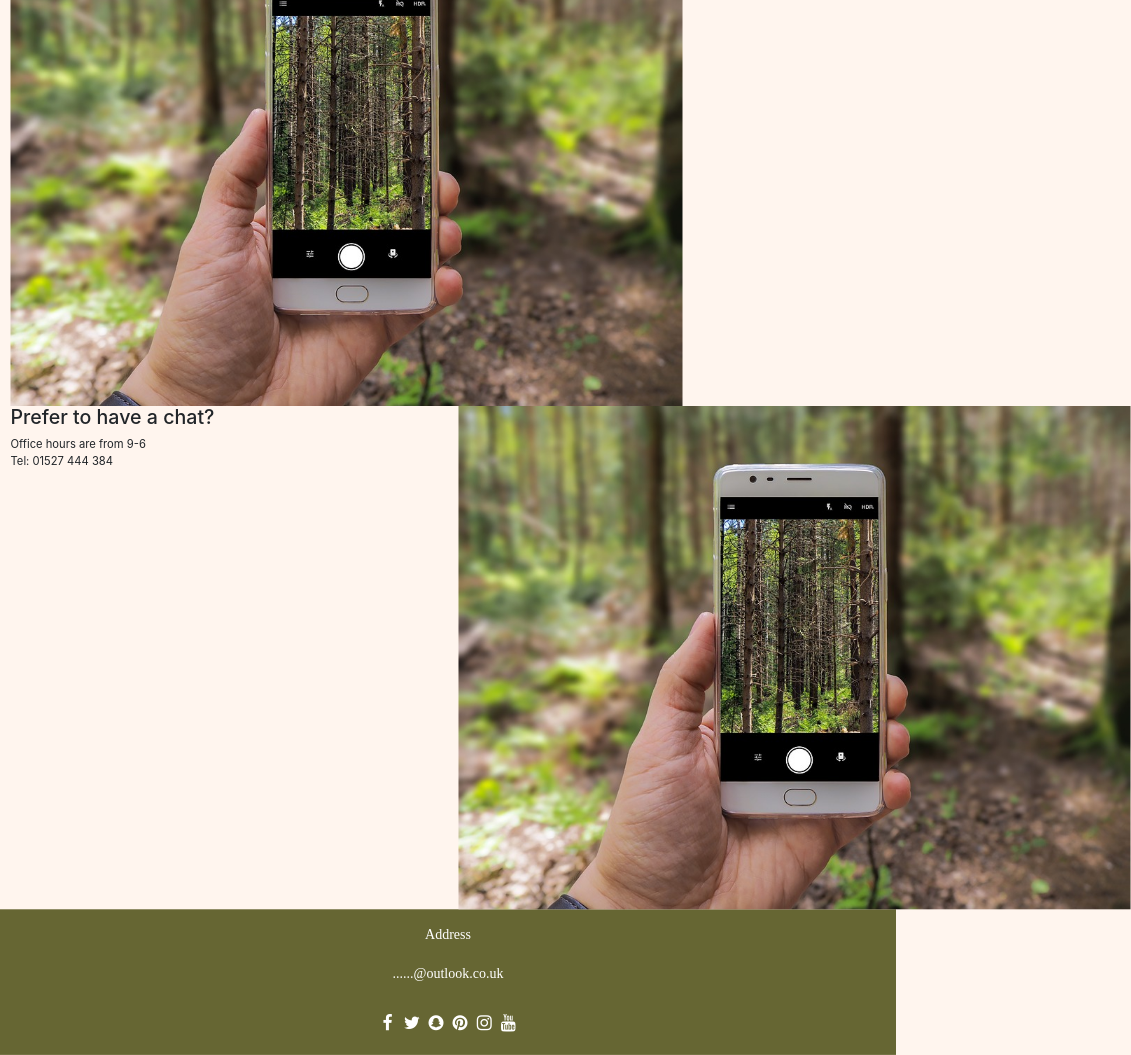
Repository: elizabeth24602/LoaderMedia
Page: contact.html
The author's editor kept a record of every edit. The page is drawn from the files as they stood at one moment, then again after the next edit.
The browser window is 1280 px wide. The page is 1615 px wide, so the pictures cover 1615 px, including what lies to the right of the window. The pictures show the part of the page from y = 1030 to 2550 px (the page is 2537 px tall before and 2550 px after), at 70% of full size.
Some web fonts or font styles are not loaded; a fallback is used.

Above is the page before.
Console error: ReferenceError: emailjs is not defined
Not found: Assests/images/

After the next edit:
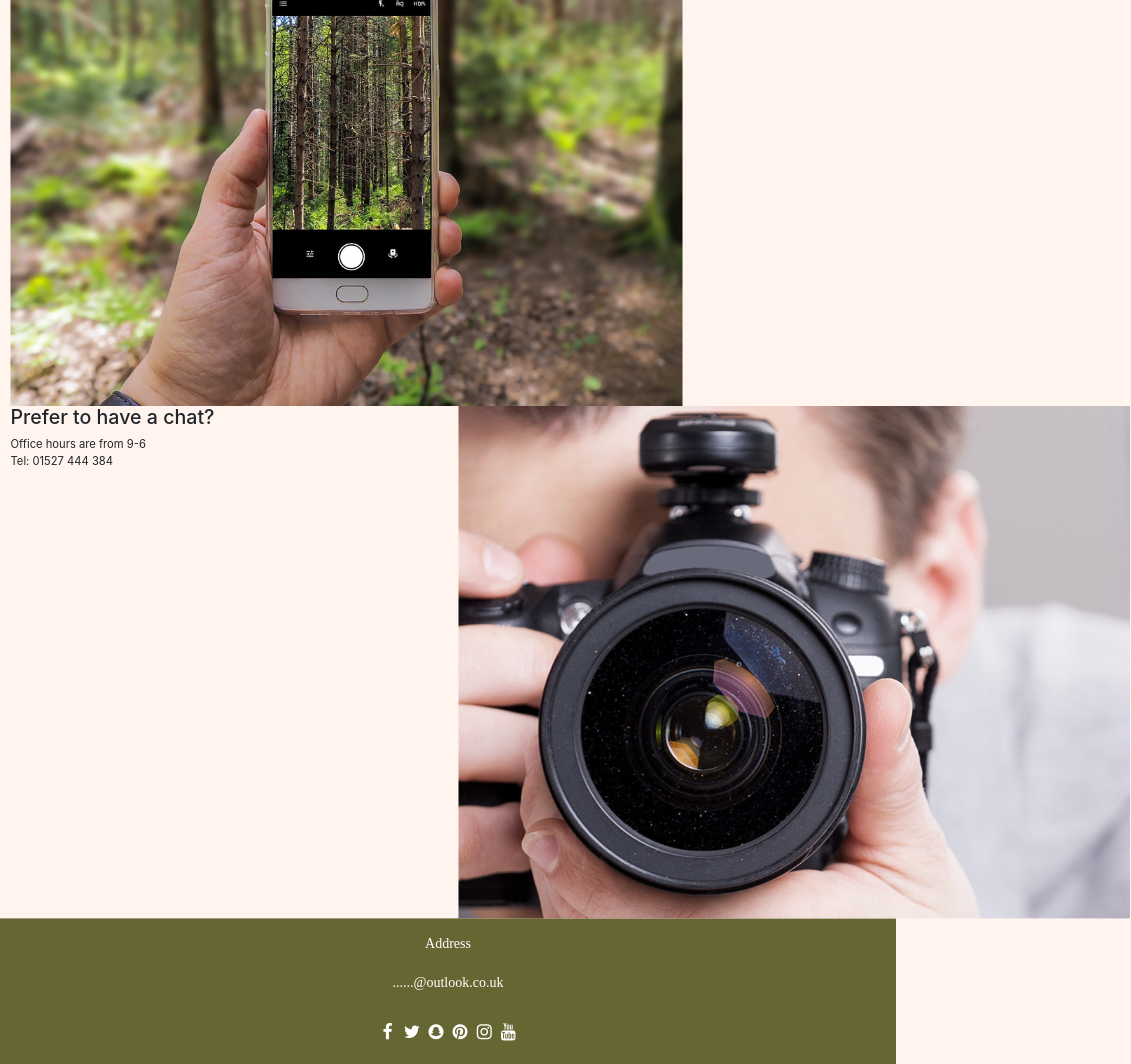
The edit:
--- a/contact.html
+++ b/contact.html
@@ -141,7 +141,7 @@
             Tel: 01527 444 384</p>
         </div>
         <div class="col-sm-6">
-            <img class="phone" src="Assests/images/phone.jpg" alt="phone"></img>
+            <img class="phone" src="Assests/images/Photography.jpg" alt="phone"></img>
         </div>
     </section>
 
